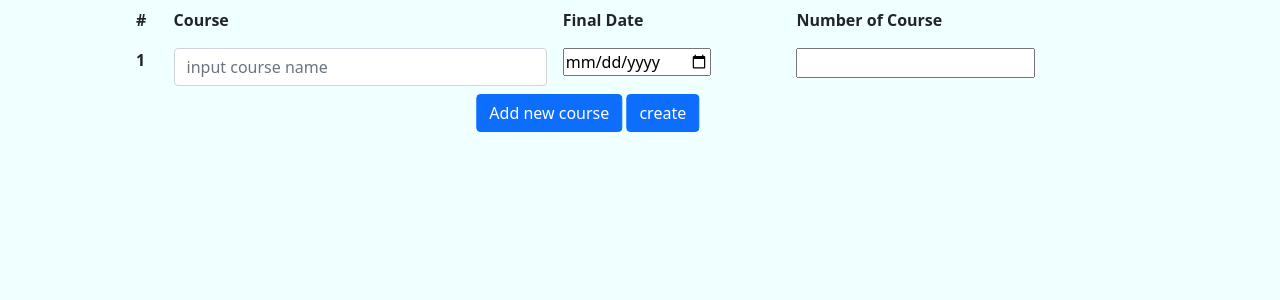
Repository: xich4932/fuxiguanli
Page: class.html
An editor plug-in stored every save of this project. The page is shown before and after the next save, followed by the edit.
The browser window is 1280 px wide. The pictures show the whole page.

Above is the page before, as saved 2021-07-15 22:12:09.

### class.html
<!doctype html>
<html lang="en">
  <head>
    <!-- Required meta tags -->
    <meta charset="utf-8">
    <meta name="viewport" content="width=device-width, initial-scale=1">

    <!-- Bootstrap CSS -->
    <link href="https://cdn.jsdelivr.net/npm/bootstrap@5.0.1/dist/css/bootstrap.min.css" rel="stylesheet" integrity="sha384-+0n0xVW2eSR5OomGNYDnhzAbDsOXxcvSN1TPprVMTNDbiYZCxYbOOl7+AMvyTG2x" crossorigin="anonymous">
    <script src="https://cdnjs.cloudflare.com/ajax/libs/jquery/3.6.0/jquery.min.js" integrity="sha512-894YE6QWD5I59HgZOGReFYm4dnWc1Qt5NtvYSaNcOP+u1T9qYdvdihz0PPSiiqn/+/3e7Jo4EaG7TubfWGUrMQ==" crossorigin="anonymous" referrerpolicy="no-referrer"></script>
    <script type="text/javascript" src="script.js" defer="true"></script>

    <link rel="stylesheet" href="style.css">
    <title>Hello, world!</title>
  </head>
  <body>

    <!-- Optional JavaScript; choose one of the two! -->

    <!-- Option 1: Bootstrap Bundle with Popper -->
    <script src="https://cdn.jsdelivr.net/npm/bootstrap@5.0.1/dist/js/bootstrap.bundle.min.js" integrity="sha384-gtEjrD/SeCtmISkJkNUaaKMoLD0//ElJ19smozuHV6z3Iehds+3Ulb9Bn9Plx0x4" crossorigin="anonymous"></script>

    <!-- Option 2: Separate Popper and Bootstrap JS -->
    <!--
    <script src="https://cdn.jsdelivr.net/npm/@popperjs/core@2.9.2/dist/umd/popper.min.js" integrity="sha384-IQsoLXl5PILFhosVNubq5LC7Qb9DXgDA9i+tQ8Zj3iwWAwPtgFTxbJ8NT4GN1R8p" crossorigin="anonymous"></script>
    <script src="https://cdn.jsdelivr.net/npm/bootstrap@5.0.1/dist/js/bootstrap.min.js" integrity="sha384-Atwg2Pkwv9vp0ygtn1JAojH0nYbwNJLPhwyoVbhoPwBhjQPR5VtM2+xf0Uwh9KtT" crossorigin="anonymous"></script>
    -->
    <div>
      <div id="course_table" >
        <table class="table" id = "add_course_table">
          <thead>
            <tr>
              <th scope="col">#</th>
              <th scope="col">Course</th>
              <th scope="col">Final Date</th>
              <th scope="col">Number of Course</th>
            </tr>
          </thead>
          <tbody id="course">

            <tr>
              <th scope="row">1</th>
              <td>
                <input class="form-control" type="text" placeholder="input course name" aria-label="default input example" id="course_0">
              </td>
              <td>
                <input type="date" id="final_0">
              </td>
              <td>
                <input type="number" id="num_0">
              </td>
            </tr>

          </tbody>
          </table>
    </div>
    </div>
    <!--
      <div ">
      <button type="button" class="btn btn-primary" id="addbtn" onclick="printing()">check</button>
    </div>
    -->
      <div>

        <div class="position-absolute bottom- start-50 translate-middle-x">
            <button type="button" class="btn btn-primary" id="addbtn" onclick="add_course()">Add new course</button>
          <button type="button" class="btn btn-primary" id="crtbtn" onclick="create()">create</button>
          <a class="btn btn-primary" style="visibility: hidden;" href="#" role="button" id="downbtn" download="event.ics" >download</a>

        </div>
        <!--
        <div>
          <div class="position-absolute bottom-0 end-0">
            <a class="btn btn-primary" href="download.html" role="button">Next</a>
          </div>
          <div class="position-absolute bottom-0 start-0">
            <a class="btn btn-primary" href="index.html" role="button">Prev</a>
          </div>

        </div>

        <div class="position-absolute bottom-0 start-50 translate-middle-x">

          <button type="button" class="btn btn-primary" id="crtbtn" onclick="create()">create</button>

          <button type="button" class="btn btn-primary" id="btn" onclick="print_week()">print</button>
          <a class="download hide" id="downloadLink" download="event.ics">Download</a>

          <a class="btn btn-primary" style="visibility: hidden;" href="#" role="button" id="downbtn" download="event.ics" >download</a>

         </div>
        -->

    </div>
  </body>
</html>

### style.css

.vertical-center {
    margin: 0;
    position: absolute;
    top: 50%;
    -ms-transform: translateY(-50%);
    transform: translateY(-50%);
}
/*
.float{
	position:fixed;
	width:60px;
	height:60px;
	bottom:40px;
	right:40px;
	background-color:#0C9;
	color:#FFF;
	border-radius:50px;
	text-align:center;
	box-shadow: 2px 2px 3px #999;
}
*/

.table_style, #add_course_table{
	background-color: transparent;
	width: 80%;
	height: 100%;
	margin: auto;

	border: none;
	border-radius: 1pc;


}
body {
	/*
	background-image: linear-gradient(to right, #9c2b3b , #2482ad);
	 */
	background-color: azure;
}
td{
	border: none;
}
th{
	border: none;
}

/*
.btn-primary, .btn-primary:hover, .btn-primary:active, .btn-primary:visited {
	background-color: #2482ad !important;
	border-color: #2482ad;
}

 */

### script.js
function load_table(){
    let table = document.getElementById("table_body")
    //table.innerHTML;
    let str = ''
    let count = 0;
    window_time = ["6:00-8:00", "8:00-10:00", "10:00-12:00", "12:00-14:00", "14:00-16:00", "16:00-18:00", "18:00-20:00", "20:00-22:00", "22:00-24:00"]
    for(r = 0; r < 9; r++){
        str += '<th scope="row">'+window_time[r]+'</th>'
        for(i = 0; i < 7; i++){
            str += '<td><div class="form-check"><input class="form-check-input" type="checkbox" value="" id="check'+count+'"><label class="form-check-label" for="window'+count+'"></label></div></td>'
            count ++
        }
        str += '</tr>'
    }
    //let arr = [1,2,3,4]
    //test.apply(this ,arr)
    ////console.log(arr.join())
    table.innerHTML += str
}

let rec_week = []
function checking(){
    for(let f = 0; f < 7; f++){
        let temp_arr = []
        for(let i = f; i <63; i+=7 ){
            if(document.getElementById('check' + String(i)).checked == true){
                //console.log(i)
               // week += i.toString()
                //week += "&"
                temp_arr.push(parseInt(i / 7))
            }
        }
        rec_week.push(temp_arr)
    }

    //window.location.href = "class.html" + week.slice(0,-1)
    ////console.log(rec_week)
    localStorage.setItem('arr',JSON.stringify(rec_week));
    document.getElementById("table_next").style.visibility = "visible"
    document.getElementById("table_itself").style.visiblity = "hidden"
    document.getElementById("table_itself").style.height = "auto"
    //console.log(rec_week)
}

let total = 1;
// [1, 2, 4, 5, 7, 8]
//test
/*
week.push([0])
week.push([1,2])
week.push([2,3])
week.push([4])
week.push([5])
week.push([])
week.push([])
*

 */
let giant_table = []

function add_course(){
    add = document.getElementById("course");
    str = '<tr><th scope="row">'+ (total+1)+'</th><td><input class="form-control" type="text" placeholder="input course name" aria-label="default input example" id="course_'+total+'"></td><td><input type="date" id="final_'+total+'"></td><td><input type="number" id="num_'+total+'"></td></tr>'
    total += 1
    $('#add_course_table tr:last').after(str);
}

function printing(){
    //console.log(document.getElementById('final_date1').value)
    //console.log(document.getElementById('num_course1').value)
    //console.log(document.getElementById('course_1').value)

}


//the day before final is reserved, thus function need to find the actual day of before_final
function cal_day(day, month, year){
    if(day != 1){
        day -= 1
        if(day < 10){
            //return String(year)+String(month)+'0'+String(day)
            return year.toString() + month.toString() + '0' + day.toString()
        }else{
            //return String(year)+String(month)+String(day)
            return year.toString() + month.toString()  + day.toString()
        }
    }else if(!(month == 1 && day == 1)){
        //month - 1 which is end with 31
        if(month == 1 || month == 2 || month == 4 || month == 6 || month == 8 || month == 9 || month == 11){
            month = (month - 1)%12
            if(month < 10){
                return String(year) + '0' + String(month) + "31"
            }else{
                return String(year) + String(month) + "31"
            }

        }else if(month == 3){//month - 1 is Feb, we need to check whether is leap year
            month = 2;
            if(((year % 4 == 0) && (year % 100 != 0)) || (year % 400 == 0)){
                day = 29
            }else{
                day = 28
            }
            return String(year) + String(month) + String(day)
        }else{
            //month - 1 which is end with 30
            month = (month - 1)%12
            if(month < 10){
                return String(year) + '0' + String(month) + "30"
            }else{
                return String(year) + String(month) + "30"
            }
        }
    }else{
        //when is the first day of year, year - 1
        year -= 1
        return String(year) + "1231"
    }
}
/*
cal_day(21,2,1999)
cal_day(1,3,2020)
cal_day(1,3,2021)
cal_day(1,10,2021)
*/

function cal_next_day(day, month, year){
    if(month == 1 || month == 3 || month == 5 || month == 7 || month == 8 || month == 10 || month == 12){ // month end in 31 days
        if(month == 12 && day == 31){//next day is new year
            return (year+1).toString() + "0101"
        }
        if(day + 1 <= 31){
            if(day + 1 < 10){
                day = "0" + (day + 1).toString()
            }else{
                day = (day + 1).toString()
            }
        }else{
            day = "01"
            month +=1
        }
        if(month < 10){
            month = "0" + month.toString()
        }else{
            month = month.toString()
        }
    }
    else if(month == 2){
        let max_day = 0;
        month = "03"
        if(((year % 4 == 0) && (year % 100 != 0)) || (year % 400 == 0)){
            //day = 29
            max_day = 29
        }else{
            max_day = 28
        }
        if(day + 1 > max_day){

            day = "01"
        }else{
            day = (day + 1).toString()
            if(day < 9){
                day = "0" + (day + 1).toString()
            }else{
                day = (day + 1).toString()
            }
        }
    }else{
        //month end in 30 days
        if(day + 1 <= 30){
            if(day + 1 < 10){
                day = "0" + (day + 1).toString()
            }else{
                day = (day + 1).toString()
            }
        }else{
            month += 1
            day = "01"
        }
        if(month  < 10){
            month = "0" + month.toString()
        }else{
            month = month.toString()
        }

    }
    return year + month + day
}

/*
 *  store the time of windows
 *
 */
function ret_window(num){
    if(num == 0){
        start1 = "060000"
        start2 = "080000"
    }else if(num == 1){
        start1 = "080000"
        start2 = "100000"
    }else if(num == 2){
        start1 = "100000"
        start2 = "120000"
    }else if(num == 3){
        start1 = "120000"
        start2 = "140000"
    }else if(num == 4){
        start1 = "140000"
        start2 = "160000"
    }else if(num == 5){
        start1 = "160000"
        start2 = "180000"
    }else if(num == 6){
        start1 = "180000"
        start2 = "200000"
    }else if(num == 7){
        start1 = "200000"
        start2 = "220000"
    }else if(num == 8){
        start1 = "220000"
        start2 = "240000"
    }
    return start1.toString() + start2.toString()
}

function week_handle(){
    for(let e = 0; e < week.length; e++){
        let temp_arr = []
        for(let t = 0; t < week[e].length; t++){
            ////console.log(week[e][t])
            let taker = ret_window(week[e][t])
            ////console.log(taker)
            temp_arr.push(taker)
        }
        week[e] = temp_arr
        //week[e].push(temp_arr)
        temp_arr = []
    }

}
//return true  no  reserved day found
function check_reserved(tocheck){
//    console.log(reserve_day)
  //  console.log(tocheck)
    /*
    for(r = 0; r < reserve_day.length; r++){
        var temp_val = reserve_day[r]

    }
     */
    //console.log(reserve_day.includes(tocheck))
    if(reserve_day.includes(tocheck)) return false

    return true
}
//return true
//loop continues running
function check_break(){
    let count_remain = 0;
    let temp_break = []
    for(let d =0; d < num_arr.length; d++){
        console.log(d, num_arr[d])
        if(num_arr[d]){
            temp_break.push(d)
        }
    }
    //console.log("-------------")
    //console.log(count_fail,  temp_break)
    //console.log("-------------")
    if(count_fail.length > temp_break.length) return false
    if(count_fail.length == temp_break.length){
        for(let s =0; s < count_fail.length; s++){
            if(count_fail[s] != temp_break) return true
        }
        return false
    }else{
        return true
    }
    /*
    if(count_fail + count_remain < total) return true
    if(count_fail > count_remain) return false
    if(count_remain > 0) return true
    return false
     */
}


let final_arr=[]; // final dates //20210604 0 4 4 6 6
let before_final = [] //the days before final
let course_arr = []; //course name
let num_arr = [] //number of topic of final for review
let start_day = []//start day of
//let time_end = []//
let exclude_final = [] // exclude from review days
let exclude_str = "" //for RRULE
let icsFile = null;
let event_str = ""
let until = []
let start1 = ""
let start2 = ""
let window_str = ""
let special_id = [] //record UID of calendar task,
let count_fail = [] //when fail = number of course, function stops
let reserve_day = [] //record timewindow that has been used
//let final = []
let store_all = []



/*
function exdate_working(){
    let temp_size = total / 2
    for(let t =0; t < total; t+=2){
        let str = ""
        str = String(final_arr[t].substring(0,4)) + String(final_arr[t].substring(5,7)) + String(final_arr[t].substring(8)) + 'T' + "000000"
        time_start.push(str)
        //console.log("im in func")
    }
}
 */
/*
function time_to_start(){
   // //console.log(final_arr.join())
    for(let t =0; t < total; t+=2){
        let str = ""
        str = String(final_arr[t].substring(0,4)) + String(final_arr[t].substring(5,7)) + String(final_arr[t].substring(8)) + 'T' + "000000"
        time_start.push(str)
        //console.log("im in func")
    }
    ////console.log(time_start.join())
}

function time_to_end(){
    ////console.log(final_arr.join())
    for(let t =1; t <= total; t+=2){
        let str = ""
        str = String(final_arr[t].substring(0,4)) + String(final_arr[t].substring(5,7)) + String(final_arr[t].substring(8)) + 'T' + "235959"
        time_end.push(str)
        //console.log("im in fund")
    }
}
 */

/*

 */
function final_rearrange(){
    for(let t =0; t < total ; t++){
        let temp_str = String(final_arr[t].substring(0,4)) + String(final_arr[t].substring(5,7)) + String(final_arr[t].substring(8)) + 'T' + "000000"
        if(t % 2){
            final_arr.push(temp_str)
        }
        exclude_str += temp_str
        exclude_str +=    ','
    }
    ////console.log(str)
    ////console.log(final_formatted.join())
}

/*
function review_windows(){
    let today = new Date()
    for(let d = 0; d < total; d++){
        //window_str =
        time_start.push(String(today.getFullYear()) + String(today.getMonth()+1) + String(today.getDate()) + "T" + window_start)
        time_end.push(String(today.getFullYear()) + String(today.getMonth()+1) + String(today.getDate()) + "T" + window_end)
    }
}
*/

/*
the final day and the days before final is reserved
*/
//let week = []
function calNextDay(month, year, day){
    if(month == 1 || month == 3 || month == 5 || month == 7 || month == 8 || month == 10 | month == 12 ){
        if(day + 1 > 31) return 1;
      //  else return day + 1;
    }else if(month == 4 || month == 6 || month == 9 || month == 11){
        if(day + 1 > 30) return 1;
     //   else return day + 1;
    }else{
        if(year % 4){
            if(day + 1 > 28) return 1;
          //  else return day + 1;
        } //return 28;
        if(!(year % 4) && year % 100){
            if(day + 1 > 29) return 1;
          //  else return day + 1;
        } //return 29; //leap month
        if(year % 100 && !(year % 400)){
            if(day + 1 > 28) return 1;
          //  else return day + 1;
        } //return 28
        else{
            if(day + 1 > 29) return 1;
          //  else return day + 1;
        } //return 29 //leap month
    }
    return day + 1
}


let big_str = ""
function automator(){
    for(let d =0; d < store_all.length; d++){
        big_str += store_all[d]
    }
    big_str += final_str
    return
}




//return day in code
/*
function translate_week(temp_week){
    switch (temp_week){
        case 0:
            return "SU"
            break;
        case 1:
            return "MO"
            break;
        case 2:
            return "TU"
            break;
        case 3:
            return "WE"
            break;
        case 0:
            return "TH"
            break;
        case 1:
            return "FR"
            break;
        case 2:
            return "SA"
            break;
        default:
            return "MO"
            break;
    }

}
 */


//writing ICS rule

function createEvent_review(id, event_name, start_day, start_time, end_time) {
    let event_str = ""
    //for(let i = 0; i < time_start.length; i++){
       event_str += "BEGIN:VEVENT\n" +
       "UID:" +
           Math.random().toString(36).substring(2) +

       "\n" +

       "DTSTART;" + "TZID=Asia/Shanghai:" +
       start_day.toString() + "T" + start_time.toString() +
       "\n" +
       "DTEND;" + "TZID=Asia/Shanghai:" +
       start_day.toString() + "T" + end_time.toString() +
       "\n" +
           "TZID:Asia/Shanghai\n" +
       "SUMMARY:" +
        "review for " + event_name +
       "\n" +
       "DESCRIPTION:" + "review for "+ event_name +
       "\n" +
       "BEGIN:VALARM\n" +
       "TRIGGER:-PT10M\n" +
       "ACTION:DISPLAY\n" +
           "DESCRIPTION:Reminder\n" +
           "END:VALARM\n" +
          // "\n" +
       //"RRULE: FREQ=WEEKLY; WKST=SUN; BYDAY= " + r_week + //"EXDATE="+ exclude_str +
       //"\n" +
       "END:VEVENT\n";
   // }
    return event_str
}

let final_str = ""
function createEvent_final() {
    event_str = ""
    for(let i = 0; i < total; i++){
       event_str += "BEGIN:VEVENT\n" +
       "UID:" +
       Math.random().toString(36).substring(2) +
       "\n" +

       "DTSTART;" + "TZID=Asia/Shanghai:" +
       final_arr[i] + "T000000" +
       "\n" +
       "DTEND;" + "TZID=Asia/Shanghai:" +
           final_arr[i] + "T235959" +
      // time_end[i] +
       "\n" +
       "TZID:Asia/Shanghai\n" +
       "SUMMARY:" +
       "final for "+ course_arr[i] +
       "\n" +
       "DESCRIPTION:" +
       "final for "+ course_arr[i] +
       "\n" +
       "BEGIN:VALARM\n" +
       "TRIGGER:-PT10M\n" +
       "ACTION:DISPLAY" +
           "DESCRIPTION:Reminder\n" +
       //"RRULE: FREQ=WEEKLY; WKST=SUN; BYDAY= " + r_week + "EXDATE="+ exclude_str +
           "END:VALARM\n" +
           "END:VEVENT\n";
       final_str += event_str;
        event_str  = "";
    }
    //console.log("in fun",  final_str)
    return final_str
}



function makeIcsFile(date, summary, description) {
    //event_str =
    ////console.log("eventstr: ", event_str)
    let test =
      "BEGIN:VCALENDAR\n" +
      "CALSCALE:GREGORIAN\n" +
      "METHOD:PUBLISH\n" +
      "PRODID:-//Test Cal//EN\n" +
      "VERSION:2.0\n" +
        "BEGIN:VTIMEZONE\n"+
        "TZID:Asia/Shanghai\n" +
    "TZURL:http://tzurl.org/zoneinfo-outlook/Asia/Shanghai\n"+
        "X-LIC-LOCATION:Asia/Shanghai\n" +
    "BEGIN:STANDARD\n" +
    "TZNAME:CST\n" +
    "TZOFFSETFROM:+0800\n" +
    "TZOFFSETTO:+0800\n" +
    "DTSTART:19700101T000000\n" +
    "END:STANDARD\n" +
    "END:VTIMEZONE\n";
     // //console.log(event_str)
      test += big_str;

      test += "END:VCALENDAR";
      //console.log("test cal\n", test)
    /////console.log(test)
    console.log(test)
    let data = new File([test], { type: "text/plain" });

    // If we are replacing a previously generated file we need to
    // manually revoke the object URL to avoid memory leaks.
    if (icsFile !== null) {
      window.URL.revokeObjectURL(icsFile);
    }

    icsFile = window.URL.createObjectURL(data);

    return icsFile;
}
let week = []
function print_week(){
    for(let d = 0; d< week.leng; d++){
        for(let f = 0; f < week[d].length; f++){
            //console.log(week[d][f])
        }
    }
}



function create() {
    week = JSON.parse(localStorage.getItem('arr'))
    //let week = []
    /*
    for(var t = 0; t < 7; t++){
        week.push([1,2,4,5,7,8])
    }*/
    console.log(week)
    //console.log("here")
    //document.getElementById("addbtn").style.display = "none"
    ////console.log(week)
    for(let i = 0; i < total; i++){
        final_arr.push(document.getElementById("final_"+String(i)).value)
        num_arr.push(document.getElementById("num_"+String(i)).value)
        course_arr.push(document.getElementById("course_"+String(i)).value)
    }
    //console.log(final_arr.join())
    //console.log(course_arr.join())
    //console.log(num_arr.join())
    ////console.log("week: ", week.join())
    //handle week array
    week_handle()
    console.log(week)
    ////console.log("final_Arr", final_arr)
    //total = 2;
    const today = new Date();
    const year = today.getFullYear()
    const month = today.getMonth() + 1
    let day = today.getDate()
    const year_str = year.toString()
    const month_str = month > 9? month.toString(): "0"+month.toString()
    const day_str = day > 9? day.toString(): "0"+day.toString()
    start_day = cal_next_day(day_str, month_str, year_str)
    for(let i = 0; i < total; i++){
        let str1 = final_arr[i].substring(8)
        let str2 = final_arr[i].substring(5,7)
        let str3 = final_arr[i].substring(0,4)
        before_final.push(cal_day(str1, str2, str3))
        final_arr[i] = str3.toString() + str2.toString() + str1.toString()
        special_id.push(Math.random().toString(36).substring(2))
    }
    print_week()
    dayw = today.getDay()
    dayw = (day + 1 ) % 7

   // var today = new Date();
    let dd = String(today.getDate()).padStart(2, '0');
    let mm = String(today.getMonth() + 1).padStart(2, '0'); //January is 0!
    let yyyy = today.getFullYear();
   // let starter = yyyy + mm + dd
    //console.log("before", starter, starter.substring(6), starter.substring(4,6), starter.substring(0,4) )
    let starter =  cal_next_day(today.getDate(), today.getMonth() + 1, today.getFullYear())
    //console.log(starter.substring(6))//20210624
    //console.log(starter.substring(4,6))
    //console.log(starter.substring(0,4))
   //console.log("start:", temp_start)
    let  temp_start = starter
    //console.log("before loop:", temp_start)

    let round_add = 0 ;
    for(let e = 0; e < week.length; e++){
        for(let s = 0; s < week[e].length; s++){
            //console.log(week[e][s])
        }
    }
    let stop = 0;
    let weekday = dayw; //track the weekday
    let idx = 0;//track the order of final
    //console.log("before loop:" , start_day)
    //console.log("final_Arr:",  final_arr)
    //console.log(before_final)
    while(check_break()){
        //console.log("here")
        temp_start  = starter
        weekday = dayw
        round_add = 0
        //idx =  dayw
        //console.log("idx", idx)
        while( pass_day(temp_start, final_arr[idx])){
            //console.log("!!!",temp_start, final_arr[idx] )
            if(num_arr[idx] <= 0 ) break
            /*
            if(exdate(temp_start)){
                temp_start = cal_next_day(parseInt(temp_start.substring(6)), parseInt(temp_start.substring(4 ,6)), parseInt(temp_start.substring(0,4)))
                continue
            }

             */
            for(let ss = 0; ss < week[weekday].length; ss++){
                //console.log(temp_start, before_final[idx])
                let start_str = week[weekday][ss].substring(0, 6)
                let end_str = week[weekday][ss].substring(6)
                if(check_reserved(temp_start.toString() + start_str.toString())){
                    let to_store = createEvent_review(special_id[idx], course_arr[idx], temp_start, start_str, end_str)
                    //console.log(to_store)
                    reserve_day.push(temp_start.toString() + start_str.toString())
                    store_all.push(to_store)
                    num_arr[idx] --
                    round_add ++
                    break;
                }else{
                    continue
                }
            }
            temp_start = cal_next_day(parseInt(temp_start.substring(6)), parseInt(temp_start.substring(4 ,6)), parseInt(temp_start.substring(0,4)))
            weekday ++;
            if(weekday > 6) weekday = 0
        }
        if(round_add > 0){
            round_add = 0;
        }else{
            if(!count_fail.includes(idx)) count_fail.push(idx);
            console.log(idx)
            round_add  = 0;
        }
        idx ++
        if(num_arr[idx] <= 0) idx ++
        if(idx >= total) idx = 0
        //break;
        //no idea why it didn't stop,
        //add  following to stop function
        /*
        stop  ++
        if(stop > 100) break

         */
    }
    createEvent_final()
    automator()

    localStorage.clear()

    let ready = document.getElementById("downbtn")

    ready.href = makeIcsFile()
    document.getElementById("downbtn").style.visibility = "visible"
}

function pass_day(day, to_day){
    ////console.log(final_arr[id])
    //let to_day = final_arr[id]
    //console.log(to_day, day)

    if(parseInt(to_day.substring(0,4)) > parseInt(day.substring(0,4))){
        return true
    }else if(parseInt(to_day.substring(4,6)) > parseInt(day.substring(4,6))){
        return true
    }else if(parseInt(to_day.substring(6)) > parseInt(day.substring(6))){
        return true
    }
    return false
}

function exdate(day){
    return final_arr.includes(day)
}

After the next save:
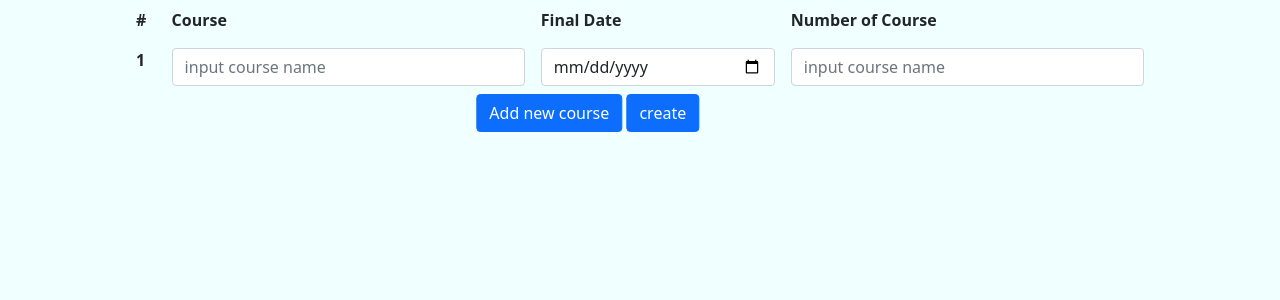
Saved 3 days later.
--- a/class.html
+++ b/class.html
@@ -44,10 +44,13 @@
                 <input class="form-control" type="text" placeholder="input course name" aria-label="default input example" id="course_0">
               </td>
               <td>
-                <input type="date" id="final_0">
+
+                <input class="form-control" type="date" placeholder="input course name" aria-label="default input example" id="final_0">
               </td>
               <td>
-                <input type="number" id="num_0">
+
+
+                <input class="form-control" type="number" placeholder="input course name" aria-label="default input example" id="num_0">
               </td>
             </tr>
 
